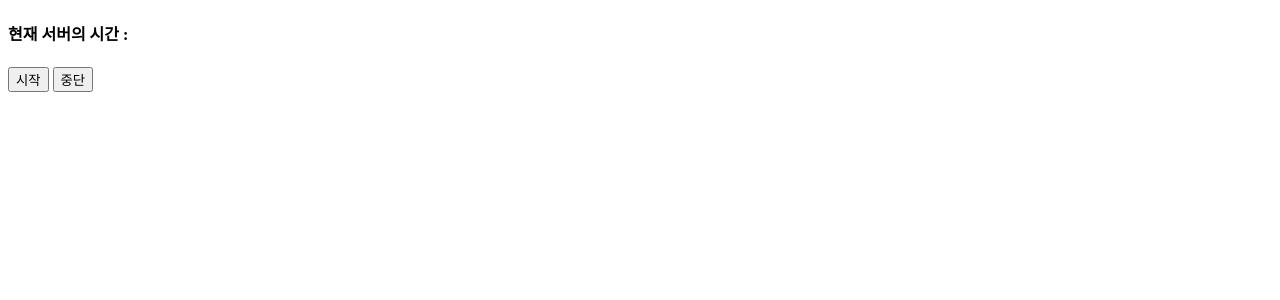
Repository: YOUNARAE/JSP
Page: http://localhost/WebStudy01/05/autoRequestCopy.jsp
These files come from the project's save history. The page is drawn as it stood at one moment and after the next save; the edit follows.
The browser window is 1280 px wide. The pictures show the whole page.
The page is served by Tomcat 9. Other server files are loaded and not shown.

Above is the page before, as saved 2022-12-13 11:22:13.

### WebStudy01/src/main/webapp/05/autoRequestCopy.jsp
<%@page import="java.util.Locale"%>
<%@page import="java.util.Date"%>
<%@ page language="java" contentType="text/html; charset=UTF-8"
    pageEncoding="UTF-8"%>
<!DOCTYPE html>
<html>
<head>
<meta charset="UTF-8">
<title>05/autoRequest.jsp</title>
<script type="text/javascript" src="${pageContext.request.contextPath}/resources/jquery-3.6.1.min.js"></script>
</head>
<body>
<!-- 문제 : radio버튼을 이용해서 파일 형식에 맞게 출력될 수 있도록하고,시작,중단버튼을 이용해서
          시간 제어가 가능해야한다. -->
<h4>현재 서버의 시간 : <span class="timeArea"></span></h4>
<button class="controlBtn"  data-control-type="START">시작</button>
<button class="controlBtn"  data-control-type="STOP">중단</button>
</body>
</html>

Loaded but not shown: WebStudy01/src/main/webapp/resources/jquery-3.6.1.min.js (library)

After the next save:
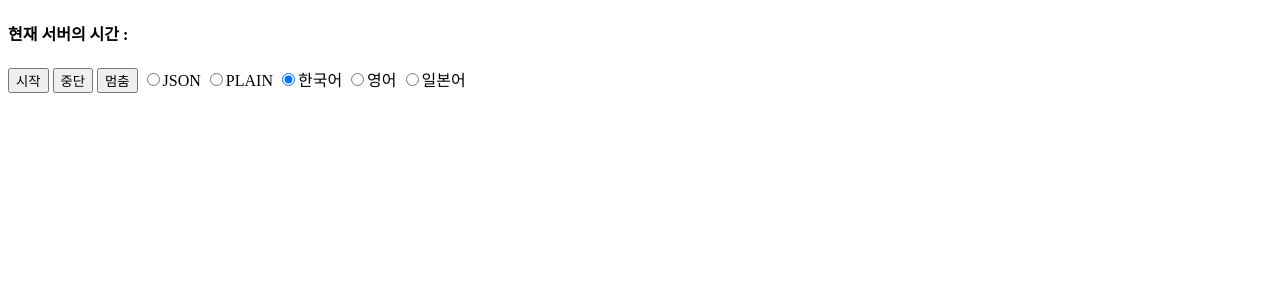
Saved 8 s later.
--- a/WebStudy01/src/main/webapp/05/autoRequestCopy.jsp
+++ b/WebStudy01/src/main/webapp/05/autoRequestCopy.jsp
@@ -15,5 +15,11 @@
 <h4>현재 서버의 시간 : <span class="timeArea"></span></h4>
 <button class="controlBtn"  data-control-type="START">시작</button>
 <button class="controlBtn"  data-control-type="STOP">중단</button>
+<button class="controlBtn disabled" data-control-type="STOP">멈춤</button>
+<input type="radio" name="dataType" data-data-type="json" />JSON
+<input type="radio" name="dataType" data-data-type="text" />PLAIN
+<input type="radio" name="locale" value="<%=Locale.KOREAN.toLanguageTag()%>" checked />한국어
+<input type="radio" name="locale" value="<%=Locale.ENGLISH.toLanguageTag()%>" />영어
+<input type="radio" name="locale" value="<%=Locale.JAPANESE.toLanguageTag()%>" />일본어
 </body>
 </html>
